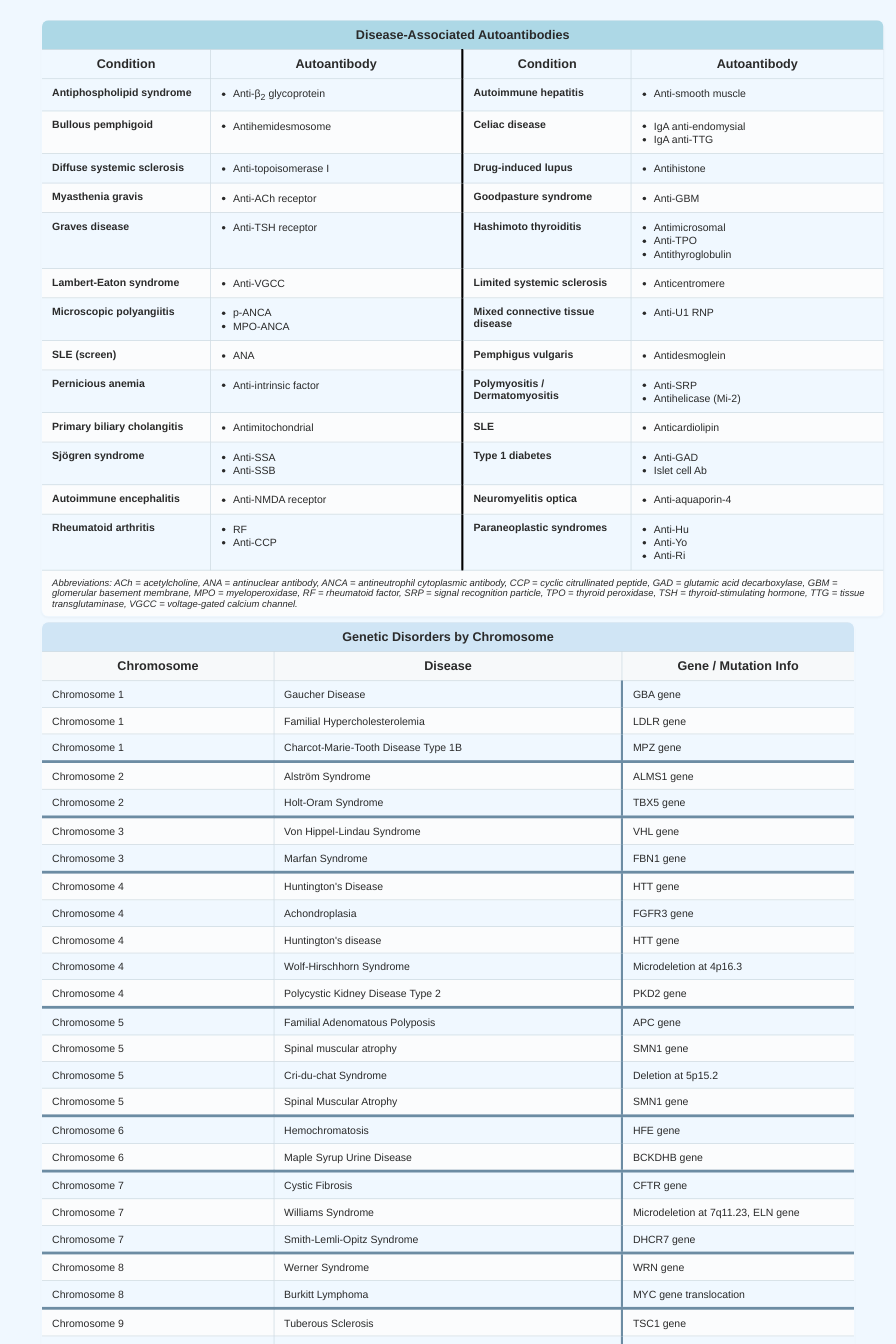
Repository: sharperdragon/STEVEL-1-Summaries
Page: subdex/chromosomes.html
An editor plug-in stored every save of this project. The page is shown before and after the next save, followed by the edit.
The browser window is 1280 px wide. The pictures show the part of the page from y = 0 to 1920 px (the page is 6478 px tall before and 6518 px after), at 70% of full size.

Above is the page before, as saved 2025-05-19 07:02:34.

After the next save:
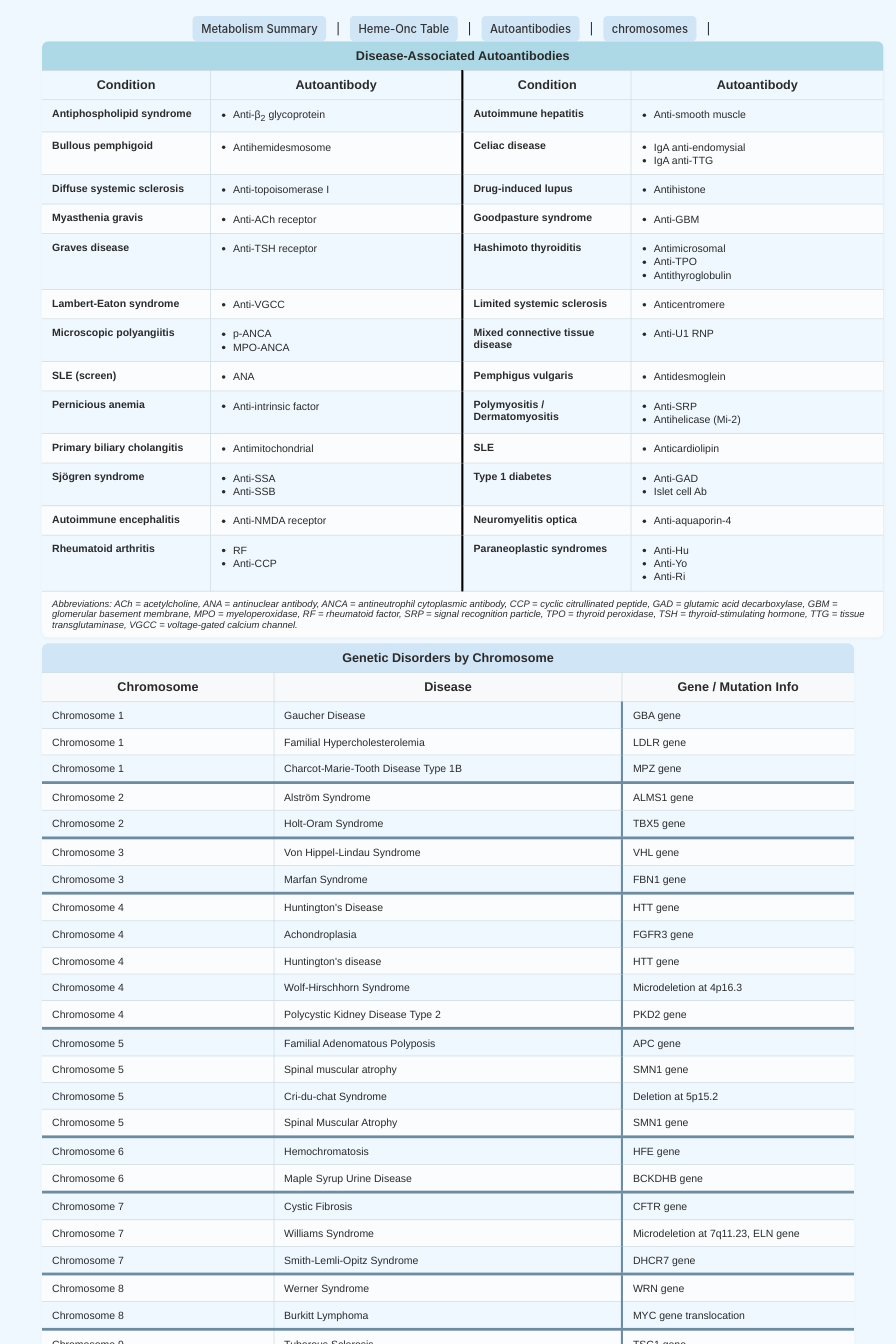
Saved 8 s later.
--- a/subdex/chromosomes.html
+++ b/subdex/chromosomes.html
@@ -9,6 +9,14 @@
 </head>
 
 <body>
+
+    <nav style="margin: 10px 0; text-align: center;">
+  <a href="subdex/metabolism.html" class="nav-link">Metabolism Summary</a> |
+  <a href="subdex/hemeonc.html" class="nav-link">Heme-Onc Table</a> |
+  <a href="subdex/autoantibodies.html" class="nav-link">Autoantibodies</a> |
+  <a href="subdex/chromosomes.html" class="nav-link">chromosomes</a> |
+
+
 <div class="table-responsive">
 <table class="autoantibody-table" border="1" cellspacing="0" cellpadding="6" style="border-collapse: collapse; width: 100%;">
   <thead>
